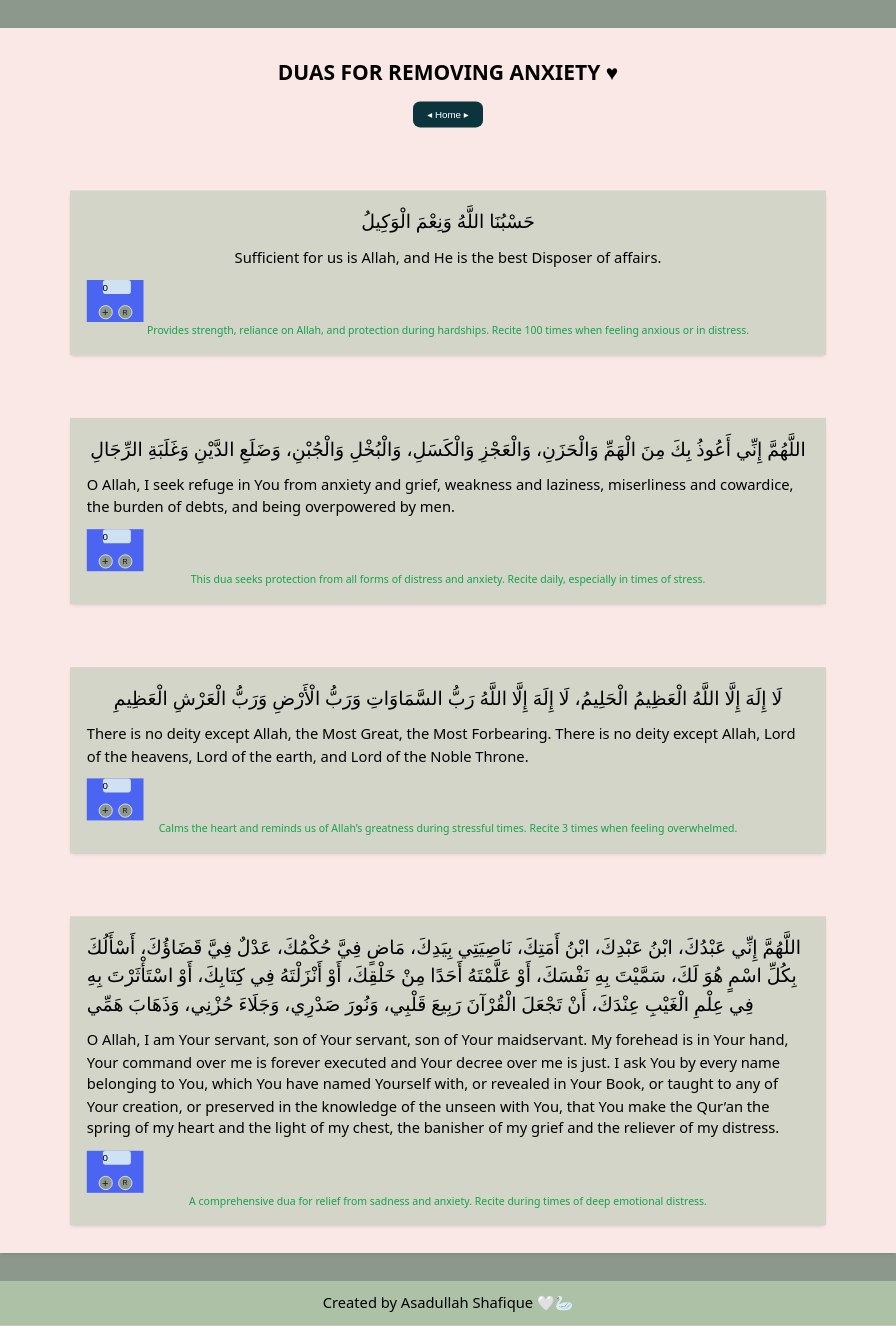
Repository: asadullah48/Duas_Diary
Page: /anxiety
The author's editor kept a copy of each file at every save. The page is drawn from the files as they stood at one save, then again after the next save.
The browser window is 1280 px wide. The pictures show the whole page, at 70% of full size.
The project was rebuilt for these pictures with package versions that can differ from the ones it lists, and the page was loaded fresh each time. The framework's server and built-in components were replaced by stand-ins that run in the browser. Also part of the build but not shown: next.config.ts.

Above is the page before, as saved 2024-11-30 10:19:18.

After the next save:
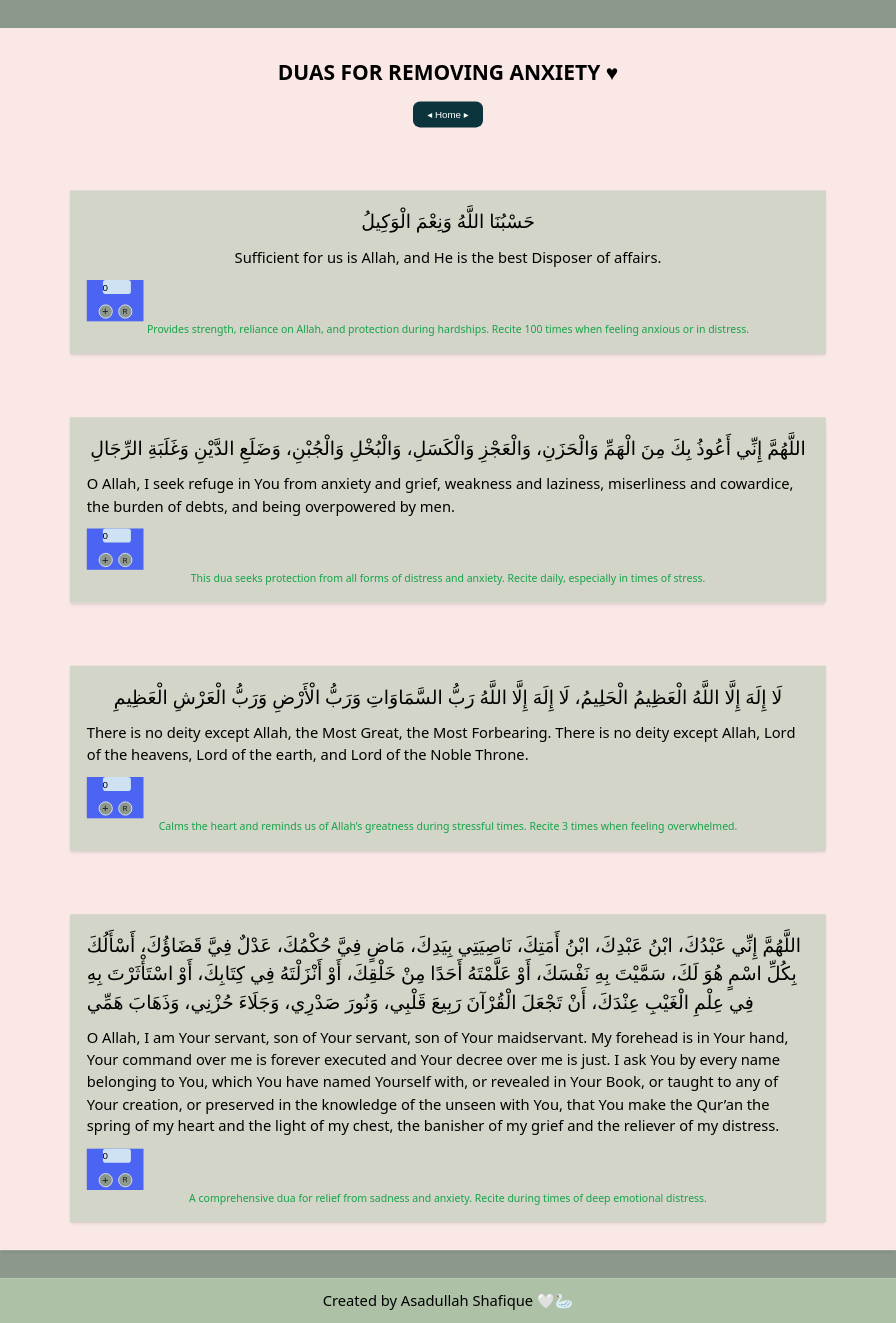
Saved 5 s later.
--- a/src/components/button.tsx
+++ b/src/components/button.tsx
@@ -16,7 +16,7 @@ export default function Button() {
   };
 
   return (
-    <div className="bg-[#4b64f1] w-[81px] h-[60px] flex flex-col items-center justify-between">
+    <div className="bg-[#4b64f1] w-[81px] h-[59px] flex flex-col items-center justify-between">
       <p className="text-black w-[40px] flex text-sm bg-[#cfe2f3] rounded ml-1">
         {count}
       </p>
